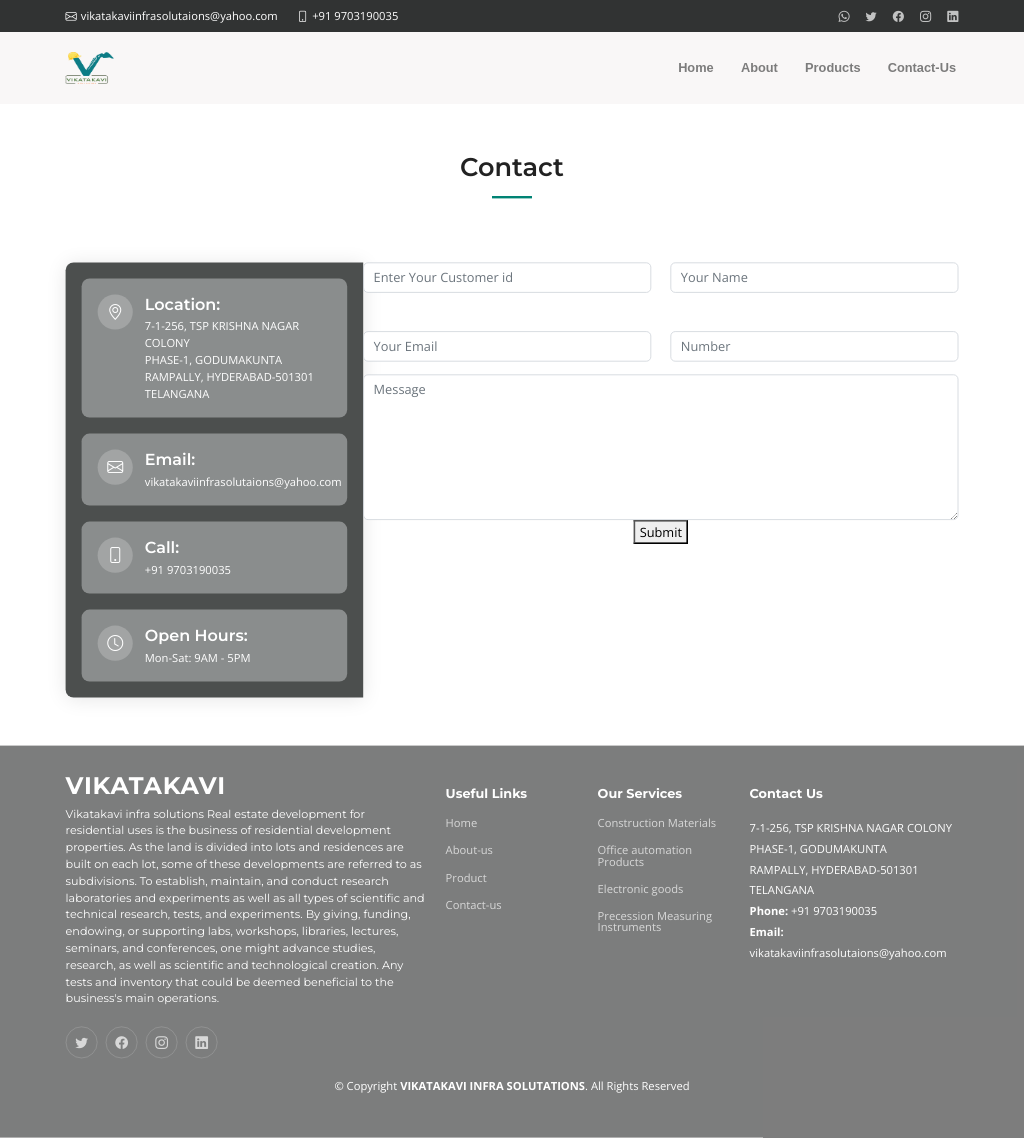
Repository: subhasissahoo181/vikatakavi
Page: Vikatikavi/src/main/webapp/contact.html
An editor plug-in stored every save of this project. The page is shown before and after the next save, followed by the edit.
The browser window is 1280 px wide. The pictures show the whole page, at 80% of full size.
Some web fonts or font styles are not loaded; a fallback is used.

Above is the page before, as saved 2023-03-26 14:42:17.

### Vikatikavi/src/main/webapp/contact.html
<!DOCTYPE html>
<html lang="en">

<head>
  <meta charset="utf-8">
  <meta content="width=device-width, initial-scale=1.0" name="viewport">

  <title>VIKATAKAVI INFRA SOLUTATIONS .IPL</title>

  <meta content="" name="description">
  <meta content="" name="keywords">

  <!-- Favicons -->
  <link href="assets/img/logo.jpg" rel="icon">
  <link href="assets/img/logo.jpg" rel="apple-touch-icon">

  <!-- Google Fonts -->
  <link rel="preconnect" href="https://fonts.googleapis.com">
  <link rel="preconnect" href="https://fonts.gstatic.com" crossorigin>
  <link href="https://fonts.googleapis.com/css2?family=Open+Sans:ital,wght@0,300;0,400;0,500;0,600;0,700;1,300;1,400;1,600;1,700&family=Montserrat:ital,wght@0,300;0,400;0,500;0,600;0,700;1,300;1,400;1,500;1,600;1,700&family=Raleway:ital,wght@0,300;0,400;0,500;0,600;0,700;1,300;1,400;1,500;1,600;1,700&display=swap" rel="stylesheet">

  <!-- Vendor CSS Files -->
  <link href="assets/vendor/bootstrap/css/bootstrap.min.css" rel="stylesheet">
  <link href="assets/vendor/bootstrap-icons/bootstrap-icons.css" rel="stylesheet">
  <link href="assets/vendor/aos/aos.css" rel="stylesheet">
  <link href="assets/vendor/glightbox/css/glightbox.min.css" rel="stylesheet">
  <link href="assets/vendor/swiper/swiper-bundle.min.css" rel="stylesheet">

  <!-- Template Main CSS File -->
  <link href="assets/css/main.css" rel="stylesheet">

</head>

<body>

  <!-- ======= Header ======= -->
  <section id="topbar" class="topbar d-flex align-items-center">
    <div class="container d-flex justify-content-center justify-content-md-between">
      <div class="contact-info d-flex align-items-center">
        <i class="bi bi-envelope d-flex align-items-center">

          <a href="mailto:contact@example.com">vikatakaviinfrasolutaions@yahoo.com</a></i>
        <i class="bi bi-phone d-flex align-items-center ms-4"><span>+91 9703190035</span></i>
      </div>
      <div class="social-links d-none d-md-flex align-items-center">
        <a href="https://wa.me/9703190035" class="whatsapp"><i class="bi bi-whatsapp"></i></a>
        <a href="#" class="twitter"><i class="bi bi-twitter"></i></a>
        <a href="#" class="facebook"><i class="bi bi-facebook"></i></a>
        <a href="#" class="instagram"><i class="bi bi-instagram"></i></a>
        <a href="#" class="linkedin"><i class="bi bi-linkedin"></i></i></a>
      </div>
    </div>
  </section><!-- End Top Bar -->

  <header id="header" class="header d-flex align-items-center">

    <div class="container-fluid container-xl d-flex align-items-center justify-content-between">
      <a href="index.html" class="logo d-flex align-items-center">
        <!-- Uncomment the line below if you also wish to use an image logo -->
        <!-- <img src="assets/img/logo.png" alt=""> -->
        <img src="assets/img/vikatkavi png.png" style="width:60px">
        <!-- <h1>vikatakavi<span>.</span></h1> -->
      </a>
      <nav id="navbar" class="navbar" >
        <ul>
          <li><a href="index.html" id="navcol">Home</a></li>
          <li><a href="about.html" id="navcol">About</a></li>
          <li><a href="Product.html" id="navcol">Products</a></li>
          <li><a href="contact.html" id="navcol">Contact-Us</a></li>
        </ul>
      </nav><!-- .navbar -->

      <i class="mobile-nav-toggle mobile-nav-show bi bi-list"></i>
      <i class="mobile-nav-toggle mobile-nav-hide d-none bi bi-x"></i>

    </div>
  </header><!-- End Header -->
  <!-- End Header -->

    <!-- ======= Contact Section ======= -->
    <section id="contact" class="contact">
        <div class="container" data-aos="fade-up">

          <div class="section-header">
            <h2>Contact</h2>
            <!-- <p>Nulla dolorum nulla nesciunt rerum facere sed ut inventore quam porro nihil id ratione ea sunt quis dolorem dolore earum</p> -->
          </div>

          <div class="row gx-lg-0 gy-4">

            <div class="col-lg-4">

              <div class="info-container d-flex flex-column align-items-center justify-content-center">
                <div class="info-item d-flex">
                  <i class="bi bi-geo-alt flex-shrink-0"></i>
                  <div>
                    <h4>Location:</h4>
                    <p>7-1-256, TSP KRISHNA NAGAR COLONY <br>
                        PHASE-1, GODUMAKUNTA<br>
                        RAMPALLY, HYDERABAD-501301<br>
                        TELANGANA<br></p>
                  </div>
                </div><!-- End Info Item -->

                <div class="info-item d-flex">
                  <i class="bi bi-envelope flex-shrink-0"></i>
                  <div>
                    <h4>Email:</h4>
                    <p>vikatakaviinfrasolutaions@yahoo.com</p>
                  </div>
                </div><!-- End Info Item -->

                <div class="info-item d-flex">
                  <i class="bi bi-phone flex-shrink-0"></i>
                  <div>
                    <h4>Call:</h4>
                    <p>+91 9703190035</p>
                  </div>
                </div><!-- End Info Item -->

                <div class="info-item d-flex">
                  <i class="bi bi-clock flex-shrink-0"></i>
                  <div>
                    <h4>Open Hours:</h4>
                    <p>Mon-Sat: 9AM - 5PM</p>
                  </div>
                </div><!-- End Info Item -->
              </div>

            </div>

            <div class="col-lg-8">
               <form method="post" action="contactus">
                <div class="row">
                  <div class="col-md-6 form-group">
                    <input type="text" name="cid" class="form-control" id="name" placeholder="Enter Your Customer id" required>
                  </div>
                  <div class="col-md-6 form-group mt-3 mt-md-0">
                  <input type="text" name="name" class="form-control" id="name" placeholder="Your Name" required>
                  </div>
                </div>
                <br><br>
                <div class="row">
                  <div class="col-md-6 form-group">
                  <input type="email" class="form-control" name="email" id="email" placeholder="Your Email" required>

                  </div>
                  <div class="col-md-6 form-group mt-3 mt-md-0">
                    <input type="text" class="form-control" name="number" id="number" placeholder="Number" required>
                  </div>
                </div>

                <div class="form-group mt-3">
                  <textarea class="form-control" name="message" rows="7" placeholder="Message" required></textarea>
                </div>


                <div class="text-center">

                <button type="submit" value="ADD">Submit</button>
                </div>
              </form>

            </div>
            <!-- End Contact Form -->

          </div>

        </div>
      </section><!-- End Contact Section -->


      <!-- ======= Footer ======= -->
  <footer id="footer" class="footer">

    <div class="container">
      <div class="row gy-4">
        <div class="col-lg-5 col-md-12 footer-info">
          <a href="index.html" class="logo d-flex align-items-center">
            <span>VIKATAKAVI</span>
          </a>
          <p>Vikatakavi infra solutions Real estate development for residential uses is the business of residential development properties. As the land is divided into lots and residences are built on each lot, some of these developments are referred to as subdivisions. To establish, maintain, and conduct research laboratories and experiments as well as all types of scientific and technical research, tests, and experiments. By giving, funding, endowing, or supporting labs, workshops, libraries, lectures, seminars, and conferences, one might advance studies, research, as well as scientific and technological creation. Any tests and inventory that could be deemed beneficial to the business's main operations.</p>
          <div class="social-links d-flex mt-4">
            <a href="#" class="twitter"><i class="bi bi-twitter"></i></a>
            <a href="#" class="facebook"><i class="bi bi-facebook"></i></a>
            <a href="#" class="instagram"><i class="bi bi-instagram"></i></a>
            <a href="#" class="linkedin"><i class="bi bi-linkedin"></i></a>
          </div>
        </div>

        <div class="col-lg-2 col-6 footer-links">
          <h4>Useful Links</h4>
          <ul>
            <li><a href="index.html">Home</a></li>
            <li><a href="about.html">About-us</a></li>
            <li><a href="Product.html">Product</a></li>
            <li><a href="contact.html">Contact-us</a></li>
            <!-- <li><a href="#">Terms of service</a></li>
            <li><a href="#">Privacy policy</a></li> -->
          </ul>
        </div>

        <div class="col-lg-2 col-6 footer-links">
          <h4>Our Services</h4>
          <ul>
            <li><a href="#">Construction Materials</a></li>
            <li><a href="#">Office automation Products</a></li>
            <li><a href="#">Electronic goods</a></li>
            <li><a href="#">Precession Measuring Instruments</a></li>
            <!-- <li><a href="#">Graphic Design</a></li> -->
          </ul>
        </div>

        <div class="col-lg-3 col-md-12 footer-contact text-center text-md-start">
          <h4>Contact Us</h4>
          <p>
            7-1-256, TSP KRISHNA NAGAR COLONY <br>
            PHASE-1, GODUMAKUNTA<br>
            RAMPALLY, HYDERABAD-501301<br>
            TELANGANA<br>
            <strong>Phone:</strong> +91 9703190035<br>
            <strong>Email:</strong> vikatakaviinfrasolutaions@yahoo.com<br>
          </p>

        </div>

      </div>
    </div>

    <div class="container mt-4">
      <div class="copyright">
        &copy; Copyright <strong><span>VIKATAKAVI INFRA SOLUTATIONS</span></strong>. All Rights Reserved
      </div>
      <div class="credits">

      </div>
    </div>

  </footer><!-- End Footer -->

  <a href=" https://wa.me/9703190035" class="scroll-top d-flex align-items-center justify-content-center " style="background-color:green"><i class="bi bi-whatsapp"></i></a>
  <a href="#" class="scroll-top d-flex align-items-center justify-content-center"><i class="bi bi-arrow-up-short"></i></a>
<!-- <div style="width: 100px; height: 60px; position: fixed; right: 10px; bottom: 2px; font-size: 35px;"><a href=" https://wa.me/919437634632"><i style="color: #1ad03f;" class="fa-brands fa-square-whatsapp"></i></a></div> -->
  <div id="preloader"></div>

  <!-- Vendor JS Files -->
  <script src="assets/vendor/bootstrap/js/bootstrap.bundle.min.js"></script>
  <script src="assets/vendor/aos/aos.js"></script>
  <script src="assets/vendor/glightbox/js/glightbox.min.js"></script>
  <script src="assets/vendor/purecounter/purecounter_vanilla.js"></script>
  <script src="assets/vendor/swiper/swiper-bundle.min.js"></script>
  <script src="assets/vendor/isotope-layout/isotope.pkgd.min.js"></script>
  <script src="assets/vendor/php-email-form/validate.js"></script>

  <!-- Template Main JS File -->
  <script src="assets/js/main.js"></script>

</body>

</html>

Loaded but not shown: Vikatikavi/src/main/webapp/assets/vendor/bootstrap/css/bootstrap.min.css (library); Vikatikavi/src/main/webapp/assets/vendor/bootstrap-icons/bootstrap-icons.css (library); Vikatikavi/src/main/webapp/assets/vendor/aos/aos.css (library); Vikatikavi/src/main/webapp/assets/vendor/glightbox/css/glightbox.min.css (library); Vikatikavi/src/main/webapp/assets/vendor/swiper/swiper-bundle.min.css (library); Vikatikavi/src/main/webapp/assets/vendor/bootstrap/js/bootstrap.bundle.min.js (library); Vikatikavi/src/main/webapp/assets/vendor/aos/aos.js (library); Vikatikavi/src/main/webapp/assets/vendor/glightbox/js/glightbox.min.js (library); Vikatikavi/src/main/webapp/assets/vendor/purecounter/purecounter_vanilla.js (library); Vikatikavi/src/main/webapp/assets/vendor/swiper/swiper-bundle.min.js (library); Vikatikavi/src/main/webapp/assets/vendor/isotope-layout/isotope.pkgd.min.js (library); Vikatikavi/src/main/webapp/assets/vendor/php-email-form/validate.js (common file); Vikatikavi/src/main/webapp/assets/js/main.js (293 lines, source omitted); Vikatikavi/src/main/webapp/assets/css/main.css (2707 lines, source omitted)

After the next save:
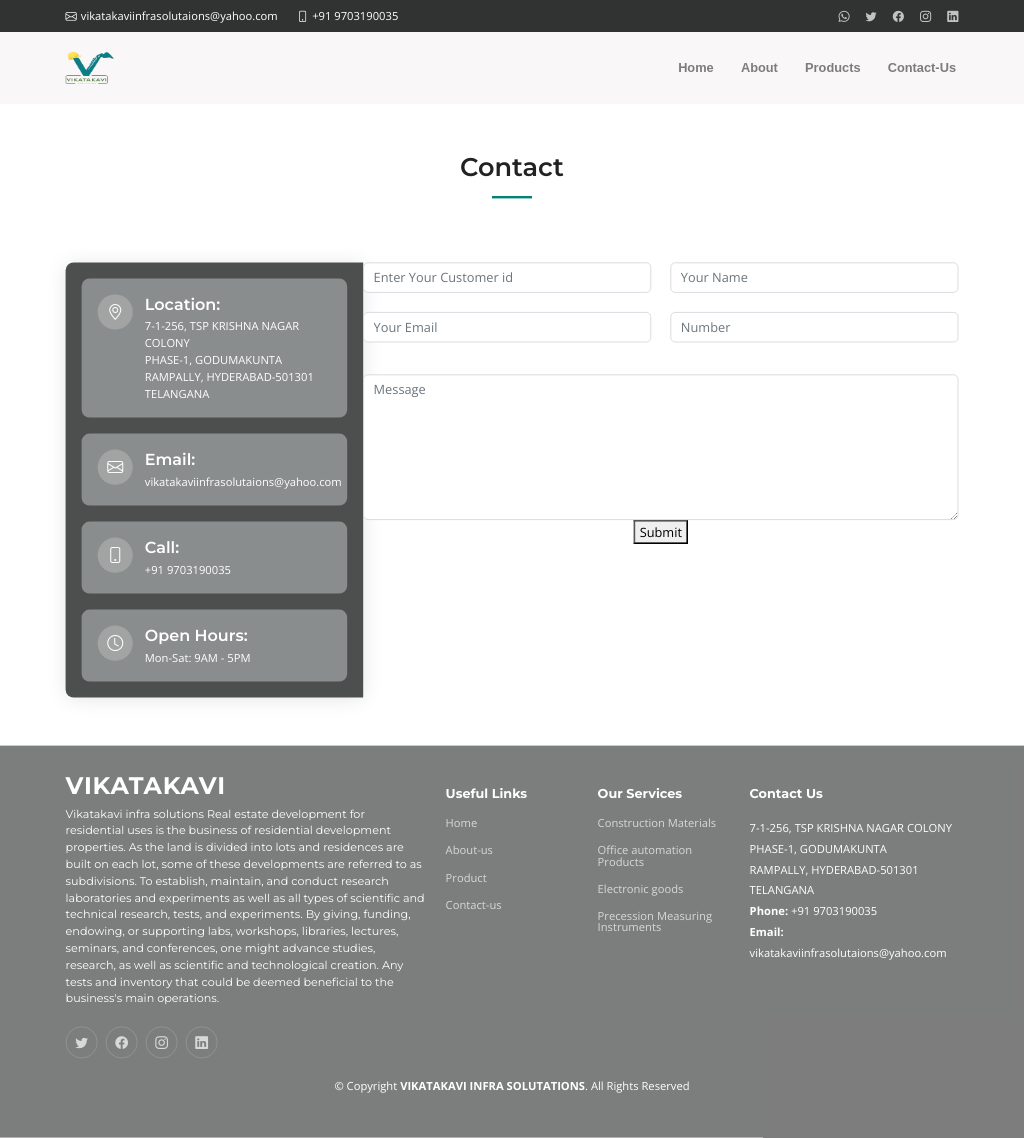
Saved 25 s later.
--- a/Vikatikavi/src/main/webapp/contact.html
+++ b/Vikatikavi/src/main/webapp/contact.html
@@ -139,7 +139,7 @@
                   <input type="text" name="name" class="form-control" id="name" placeholder="Your Name" required>
                   </div>
                 </div>
-                <br><br>
+                <br>
                 <div class="row">
                   <div class="col-md-6 form-group">
                   <input type="email" class="form-control" name="email" id="email" placeholder="Your Email" required>
@@ -149,7 +149,7 @@
                     <input type="text" class="form-control" name="number" id="number" placeholder="Number" required>
                   </div>
                 </div>
-
+                <br>
                 <div class="form-group mt-3">
                   <textarea class="form-control" name="message" rows="7" placeholder="Message" required></textarea>
                 </div>
